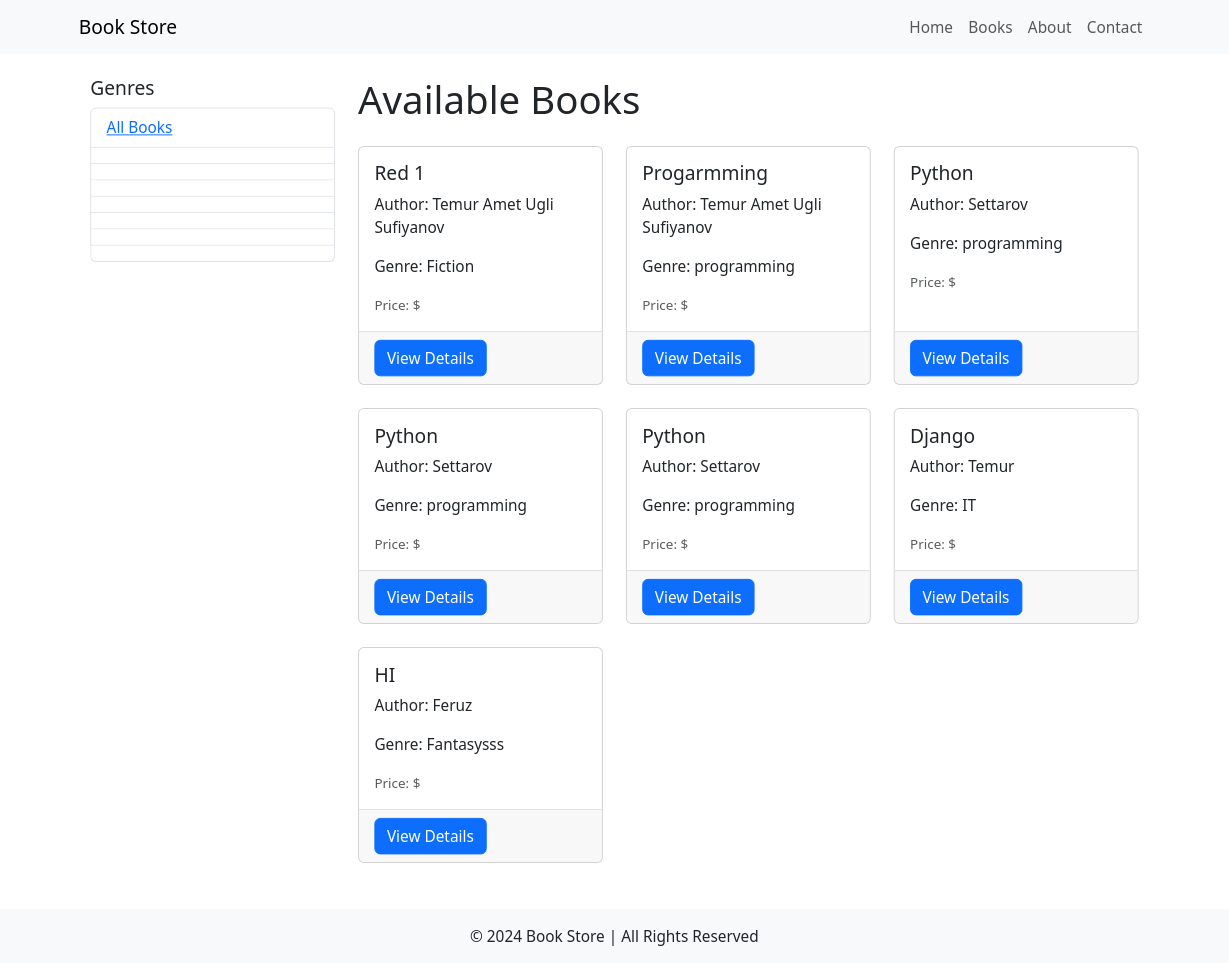
Repository: Temur-Sufiyanov/CBV
Page: http://localhost/
An editor plug-in stored every save of this project. The page is shown before and after the next save, followed by the edit.
The browser window is 1280 px wide. The pictures show the whole page, at 96% of full size.
The page is served by the project's application, run on Django 5.2 (manage.py). The page reads the database file committed with the project.

Above is the page before, as saved 2024-12-14 12:59:53.

After the next save:
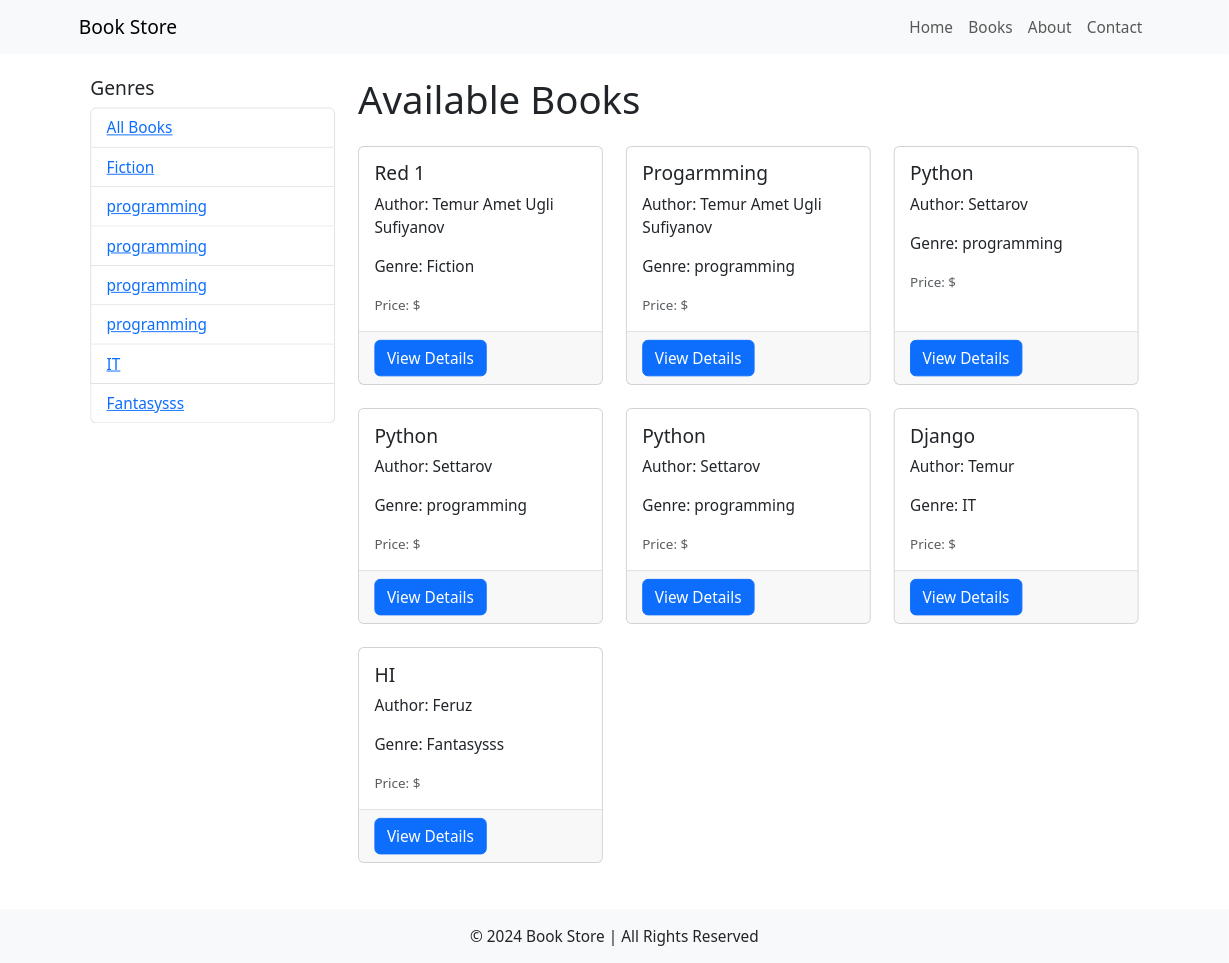
Saved 25 s later.
--- a/book/templates/book/home.html
+++ b/book/templates/book/home.html
@@ -12,7 +12,7 @@
                 </li>
                 {% for genre in books %}
                 <li class="list-group-item">
-                    <a href="?genre={{ genre.name }}">{{ genre.name }}</a>
+                    <a href="?genre={{ genre.name }}">{{ genre.genre }}</a>
                 </li>
                 {% endfor %}
             </ul>
